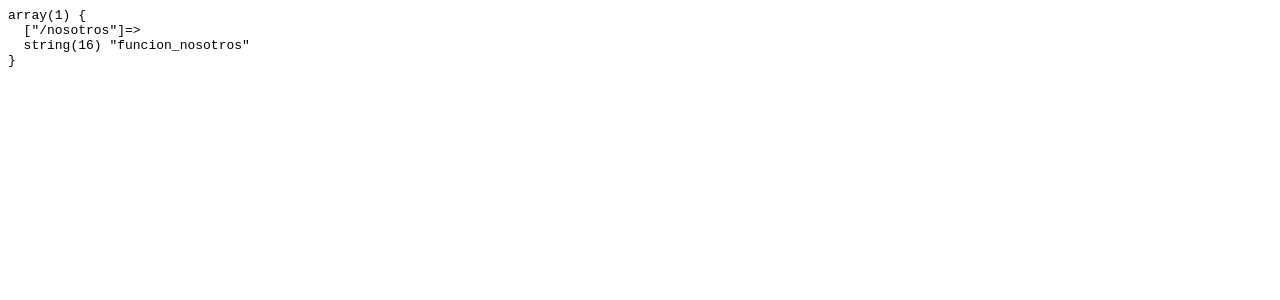
Repository: omoray99/BienesRaicesMVC
Page: http://localhost/propiedades/crear
An editor plug-in stored every save of this project. The page is shown before and after the next save, followed by the edit.
The browser window is 1280 px wide. The pictures show the whole page.
The page is run by PHP 8.4 with error messages shown; the project is at /var/www/html/.

Above is the page before, as saved 2024-10-08 21:00:05.

After the next save:
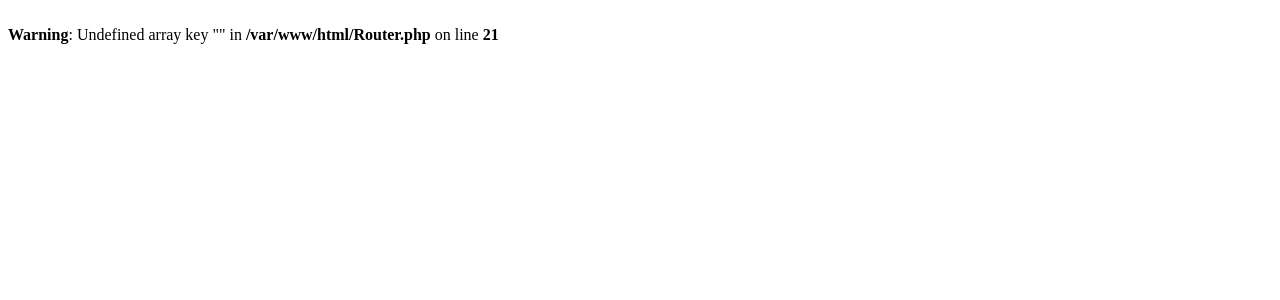
Saved 76 s later.
--- a/Router.php
+++ b/Router.php
@@ -18,7 +18,7 @@ class Router{
         $metodo = $_SERVER['REQUEST_METHOD'];
 
         if($metodo === 'GET'){
-            debugear($this->rutasGET);
+            $fn = $this->rutasGET[$urlActual];
         }
     }
 
